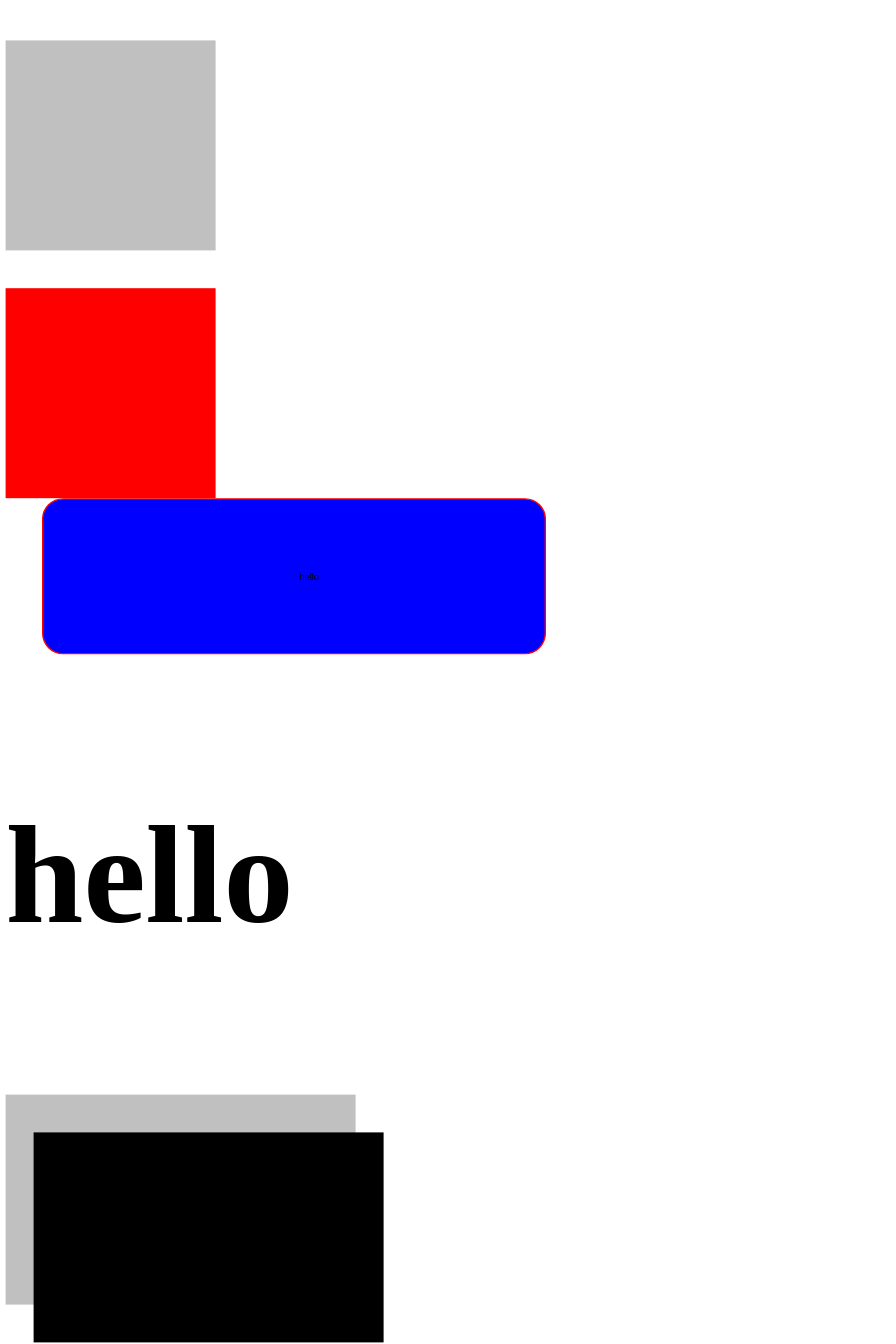
Repository: takahiro0808/kadai2
Page: html/index.html
The author's editor kept a record of every edit. The page is drawn from the files as they stood at one moment, then again after the next edit.
The browser window is 1280 px wide. The pictures show the part of the page from y = 714 to 2634 px (the page is 2634 px tall before and 2578 px after), at 70% of full size.

Above is the page before.

### html/index.html
<!DOCTYPE html>
<html lang="ja">
    <head>
        <meta charset="utf-8">
        <title> Tech Boost </title>
        <link rel="stylesheet" href="css/style.css">
    </head>
    <body>
        <h1 id="title">Hello world!!!</h1>
        <p class="description">cssの入門</p>
    </body>
　　　         <div class="box1"></div>
　　　            <div class="box2"></div>
　　　         <button>
　　　             hello
　　　         </button>
　　　            <p>hello </p>

　　　            <div class="box3">
　　　                 </div>

　　　                <div class="box4">
　　　                </div>

</html>

### html/css/style.css
         #title {
             color : red;
         }

         .description {
             color : blue;
         }

              .box1 {
               background-color: silver;
               width: 300px;
               height: 300px;
               margin-bottom: 30px;
              }

              .box2 {
              background-color: red;
              width: 300px;
              height: 300px;
              }

              button {
                  background-color: blue;
                  padding:100px 300px;
                  border:2px solid red;
                  border-radius:30px;
              }
              p {
                  font-size:200px;
                  font-weight:bold;
                  font-family:'alial';
              }

              .box3 {
                  background-color:silver;
                  width:500px;
                  height:300px;
                  float:left;
              }

              .box4 {
                  background-color:black;
                  width:500px;
                  height:300px;
                  position:relative;
                  top:30px;
                  left:40px;
              }

              span {
                  display:block;
                  font-size:30px;
              }

After the next edit:
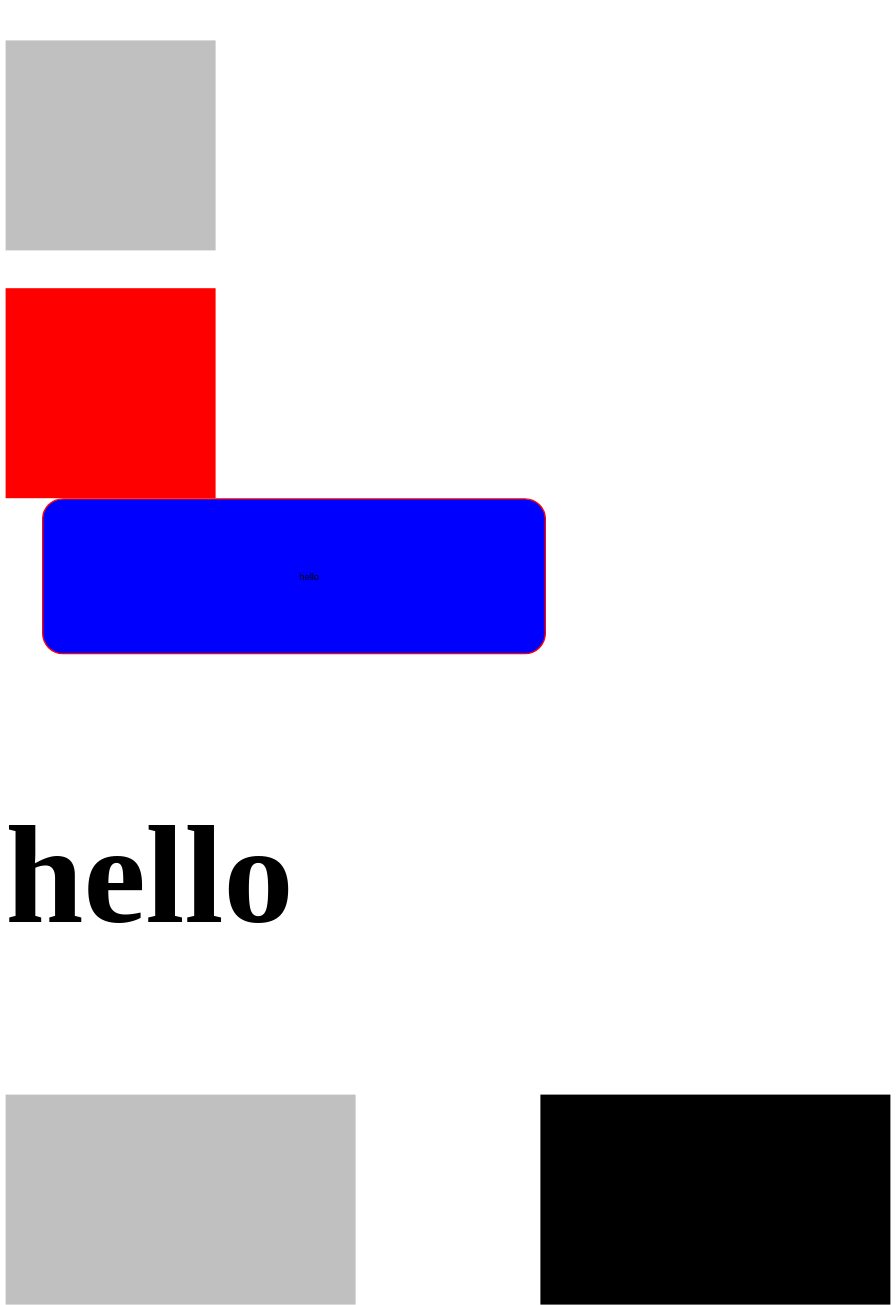
The edit:
--- a/html/css/style.css
+++ b/html/css/style.css
@@ -42,9 +42,7 @@
                   background-color:black;
                   width:500px;
                   height:300px;
-                  position:relative;
-                  top:30px;
-                  left:40px;
+                  float:right;
               }
 
               span {
